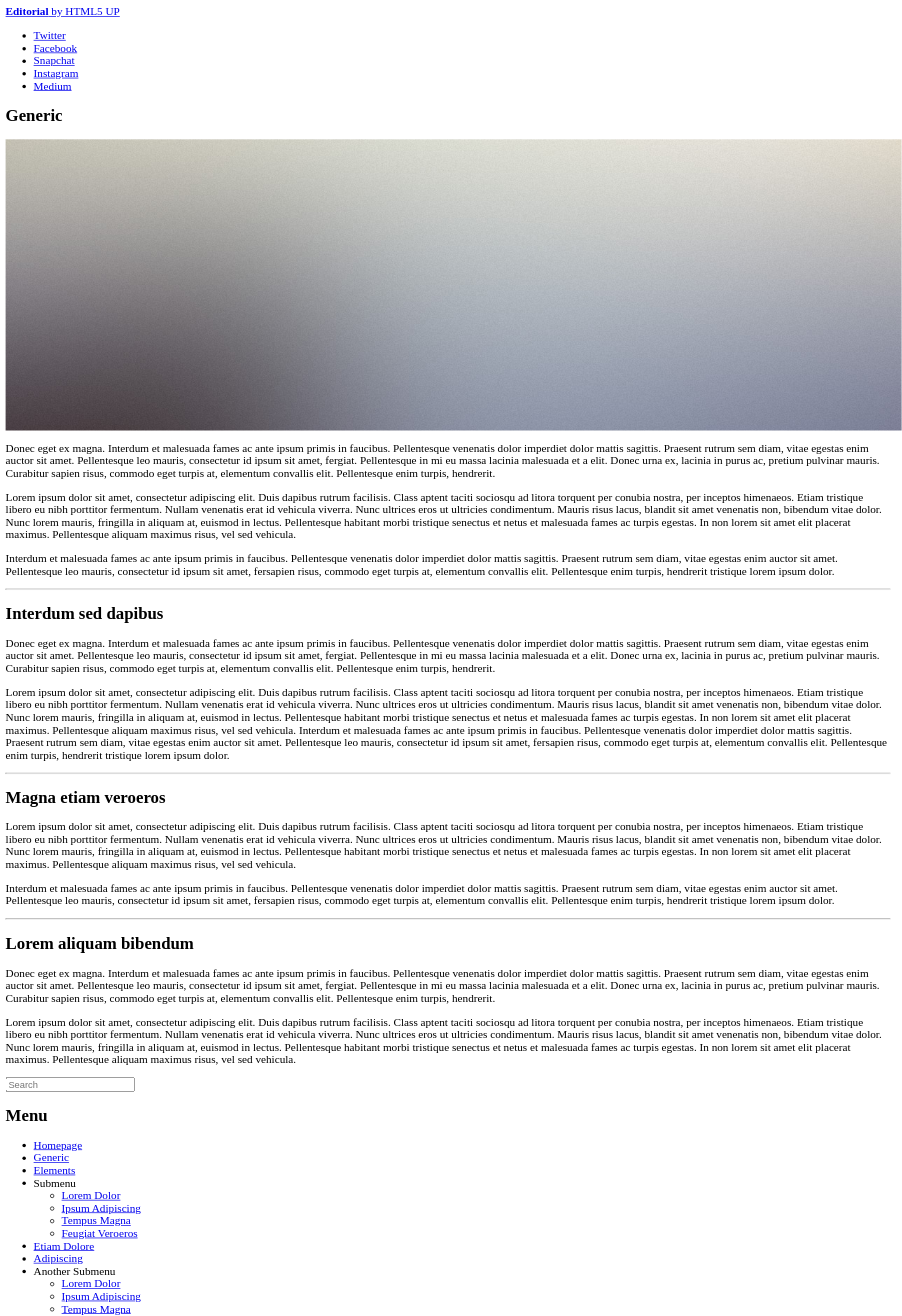
Repository: noCountJun/blog
Page: http://localhost/blogProject2/WEB-INF/views/main/profile.jsp
The author's editor kept a copy of each file at every save. The page is drawn from the files as they stood at one save, then again after the next save.
The browser window is 1280 px wide. The page is 1288 px wide, then 1280 px, so the pictures cover 1288 px, including what lies to the right of the window. The pictures show the part of the page from y = 0 to 1880 px (the page is 2975 px tall before and 1982 px after), at 70% of full size.
The page is served by Tomcat 9. Nobody is signed in. Other server files are loaded and not shown. The template is opened directly, without the code that normally fills it, so the values that code supplies are empty.

Above is the page before, as saved 2019-08-20 04:21:47.

### blogProject2/src/main/webapp/WEB-INF/views/main/profile.jsp
<%@ page contentType="text/html; charset=utf-8" pageEncoding="utf-8"%>
<%@ taglib uri="http://java.sun.com/jsp/jstl/core" prefix="c" %>

<body class="is-preload">

		<!-- Wrapper -->
			<div id="wrapper">

				<!-- Main -->
					<div id="main">
						<div class="inner">

							<!-- Header -->
								<header id="header">
									<a href="index.html" class="logo"><strong>Editorial</strong> by HTML5 UP</a>
									<ul class="icons">
										<li><a href="#" class="icon brands fa-twitter"><span class="label">Twitter</span></a></li>
										<li><a href="#" class="icon brands fa-facebook-f"><span class="label">Facebook</span></a></li>
										<li><a href="#" class="icon brands fa-snapchat-ghost"><span class="label">Snapchat</span></a></li>
										<li><a href="#" class="icon brands fa-instagram"><span class="label">Instagram</span></a></li>
										<li><a href="#" class="icon brands fa-medium-m"><span class="label">Medium</span></a></li>
									</ul>
								</header>

							<!-- Content -->
								<section>
									<header class="main">
										<h1>Generic</h1>
									</header>

									<span class="image main"><img src="/resources/images/pic11.jpg" alt="" /></span>

									<p>Donec eget ex magna. Interdum et malesuada fames ac ante ipsum primis in faucibus. Pellentesque venenatis dolor imperdiet dolor mattis sagittis. Praesent rutrum sem diam, vitae egestas enim auctor sit amet. Pellentesque leo mauris, consectetur id ipsum sit amet, fergiat. Pellentesque in mi eu massa lacinia malesuada et a elit. Donec urna ex, lacinia in purus ac, pretium pulvinar mauris. Curabitur sapien risus, commodo eget turpis at, elementum convallis elit. Pellentesque enim turpis, hendrerit.</p>
									<p>Lorem ipsum dolor sit amet, consectetur adipiscing elit. Duis dapibus rutrum facilisis. Class aptent taciti sociosqu ad litora torquent per conubia nostra, per inceptos himenaeos. Etiam tristique libero eu nibh porttitor fermentum. Nullam venenatis erat id vehicula viverra. Nunc ultrices eros ut ultricies condimentum. Mauris risus lacus, blandit sit amet venenatis non, bibendum vitae dolor. Nunc lorem mauris, fringilla in aliquam at, euismod in lectus. Pellentesque habitant morbi tristique senectus et netus et malesuada fames ac turpis egestas. In non lorem sit amet elit placerat maximus. Pellentesque aliquam maximus risus, vel sed vehicula.</p>
									<p>Interdum et malesuada fames ac ante ipsum primis in faucibus. Pellentesque venenatis dolor imperdiet dolor mattis sagittis. Praesent rutrum sem diam, vitae egestas enim auctor sit amet. Pellentesque leo mauris, consectetur id ipsum sit amet, fersapien risus, commodo eget turpis at, elementum convallis elit. Pellentesque enim turpis, hendrerit tristique lorem ipsum dolor.</p>

									<hr class="major" />

									<h2>Interdum sed dapibus</h2>
									<p>Donec eget ex magna. Interdum et malesuada fames ac ante ipsum primis in faucibus. Pellentesque venenatis dolor imperdiet dolor mattis sagittis. Praesent rutrum sem diam, vitae egestas enim auctor sit amet. Pellentesque leo mauris, consectetur id ipsum sit amet, fergiat. Pellentesque in mi eu massa lacinia malesuada et a elit. Donec urna ex, lacinia in purus ac, pretium pulvinar mauris. Curabitur sapien risus, commodo eget turpis at, elementum convallis elit. Pellentesque enim turpis, hendrerit.</p>
									<p>Lorem ipsum dolor sit amet, consectetur adipiscing elit. Duis dapibus rutrum facilisis. Class aptent taciti sociosqu ad litora torquent per conubia nostra, per inceptos himenaeos. Etiam tristique libero eu nibh porttitor fermentum. Nullam venenatis erat id vehicula viverra. Nunc ultrices eros ut ultricies condimentum. Mauris risus lacus, blandit sit amet venenatis non, bibendum vitae dolor. Nunc lorem mauris, fringilla in aliquam at, euismod in lectus. Pellentesque habitant morbi tristique senectus et netus et malesuada fames ac turpis egestas. In non lorem sit amet elit placerat maximus. Pellentesque aliquam maximus risus, vel sed vehicula. Interdum et malesuada fames ac ante ipsum primis in faucibus. Pellentesque venenatis dolor imperdiet dolor mattis sagittis. Praesent rutrum sem diam, vitae egestas enim auctor sit amet. Pellentesque leo mauris, consectetur id ipsum sit amet, fersapien risus, commodo eget turpis at, elementum convallis elit. Pellentesque enim turpis, hendrerit tristique lorem ipsum dolor.</p>

									<hr class="major" />

									<h2>Magna etiam veroeros</h2>
									<p>Lorem ipsum dolor sit amet, consectetur adipiscing elit. Duis dapibus rutrum facilisis. Class aptent taciti sociosqu ad litora torquent per conubia nostra, per inceptos himenaeos. Etiam tristique libero eu nibh porttitor fermentum. Nullam venenatis erat id vehicula viverra. Nunc ultrices eros ut ultricies condimentum. Mauris risus lacus, blandit sit amet venenatis non, bibendum vitae dolor. Nunc lorem mauris, fringilla in aliquam at, euismod in lectus. Pellentesque habitant morbi tristique senectus et netus et malesuada fames ac turpis egestas. In non lorem sit amet elit placerat maximus. Pellentesque aliquam maximus risus, vel sed vehicula.</p>
									<p>Interdum et malesuada fames ac ante ipsum primis in faucibus. Pellentesque venenatis dolor imperdiet dolor mattis sagittis. Praesent rutrum sem diam, vitae egestas enim auctor sit amet. Pellentesque leo mauris, consectetur id ipsum sit amet, fersapien risus, commodo eget turpis at, elementum convallis elit. Pellentesque enim turpis, hendrerit tristique lorem ipsum dolor.</p>

									<hr class="major" />

									<h2>Lorem aliquam bibendum</h2>
									<p>Donec eget ex magna. Interdum et malesuada fames ac ante ipsum primis in faucibus. Pellentesque venenatis dolor imperdiet dolor mattis sagittis. Praesent rutrum sem diam, vitae egestas enim auctor sit amet. Pellentesque leo mauris, consectetur id ipsum sit amet, fergiat. Pellentesque in mi eu massa lacinia malesuada et a elit. Donec urna ex, lacinia in purus ac, pretium pulvinar mauris. Curabitur sapien risus, commodo eget turpis at, elementum convallis elit. Pellentesque enim turpis, hendrerit.</p>
									<p>Lorem ipsum dolor sit amet, consectetur adipiscing elit. Duis dapibus rutrum facilisis. Class aptent taciti sociosqu ad litora torquent per conubia nostra, per inceptos himenaeos. Etiam tristique libero eu nibh porttitor fermentum. Nullam venenatis erat id vehicula viverra. Nunc ultrices eros ut ultricies condimentum. Mauris risus lacus, blandit sit amet venenatis non, bibendum vitae dolor. Nunc lorem mauris, fringilla in aliquam at, euismod in lectus. Pellentesque habitant morbi tristique senectus et netus et malesuada fames ac turpis egestas. In non lorem sit amet elit placerat maximus. Pellentesque aliquam maximus risus, vel sed vehicula.</p>

								</section>

						</div>
					</div>

				<!-- Sidebar -->
				<div id="sidebar">
					<div class="inner">

						<!-- Search -->
							<section id="search" class="alt">
								<form method="post" action="#">
									<input type="text" name="query" id="query" placeholder="Search" />
								</form>
							</section>

						<!-- Menu -->
							<nav id="menu">
								<header class="major">
									<h2>Menu</h2>
								</header>
								<ul>
									<li><a href="index.html">Homepage</a></li>
									<li><a href="generic.html">Generic</a></li>
									<li><a href="elements.html">Elements</a></li>
									<li>
										<span class="opener">Submenu</span>
										<ul>
											<li><a href="#">Lorem Dolor</a></li>
											<li><a href="#">Ipsum Adipiscing</a></li>
											<li><a href="#">Tempus Magna</a></li>
											<li><a href="#">Feugiat Veroeros</a></li>
										</ul>
									</li>
									<li><a href="#">Etiam Dolore</a></li>
									<li><a href="#">Adipiscing</a></li>
									<li>
										<span class="opener">Another Submenu</span>
										<ul>
											<li><a href="#">Lorem Dolor</a></li>
											<li><a href="#">Ipsum Adipiscing</a></li>
											<li><a href="#">Tempus Magna</a></li>
											<li><a href="#">Feugiat Veroeros</a></li>
										</ul>
									</li>
									<li><a href="#">Maximus Erat</a></li>
									<li><a href="#">Sapien Mauris</a></li>
									<li><a href="#">Amet Lacinia</a></li>
								</ul>
							</nav>

						<!-- Section -->
							<section>
								<header class="major">
									<h2>df</h2>
								</header>
								<div class="mini-posts">
									<article>
										<a href="#" class="image"><img src="/resources/images/pic07.jpg" alt="" /></a>
										<p>Aenean ornare velit lacus, ac varius enim lorem ullamcorper dolore aliquam.</p>
									</article>
									<article>
										<a href="#" class="image"><img src="/resources/images/pic08.jpg" alt="" /></a>
										<p>Aenean ornare velit lacus, ac varius enim lorem ullamcorper dolore aliquam.</p>
									</article>
									<article>
										<a href="#" class="image"><img src="/resources/images/pic09.jpg" alt="" /></a>
										<p>Aenean ornare velit lacus, ac varius enim lorem ullamcorper dolore aliquam.</p>
									</article>
								</div>
								<ul class="actions">
									<li><a href="#" class="button">More</a></li>
								</ul>
							</section>

						<!-- Section -->
							<section>
								<header class="major">
									<h2>Get in touch</h2>
								</header>
								<p>Sed varius enim lorem ullamcorper dolore aliquam aenean ornare velit lacus, ac varius enim lorem ullamcorper dolore. Proin sed aliquam facilisis ante interdum. Sed nulla amet lorem feugiat tempus aliquam.</p>
								<ul class="contact">
									<li class="icon solid fa-envelope"><a href="#">information@untitled.tld</a></li>
									<li class="icon solid fa-phone">(000) 000-0000</li>
									<li class="icon solid fa-home">1234 Somewhere Road #8254<br />
									Nashville, TN 00000-0000</li>
								</ul>
							</section>

							<footer id="footer">
								<p class="copyright">&copy; Untitled. All rights reserved. Demo Images: <a href="https://unsplash.com">Unsplash</a>. Design: <a href="https://html5up.net">HTML5 UP</a>.</p>
							</footer>

						</div>
					</div>
<%-- <jsp:include page="/WEB-INF/views/category/category.jsp" /> --%>

			</div>


			<script src="/resources/assets/js/jquery.min.js"></script>
	<script src="/resources/assets/js/browser.min.js"></script>
	<script src="/resources/assets/js/breakpoints.min.js"></script>
	<script src="/resources/assets/js/util.js"></script>
	<script src="/resources/assets/js/main.js"></script>
	</body>

Loaded but not shown: blogProject2/src/main/webapp/resources/assets/js/jquery.min.js (library); blogProject2/src/main/webapp/resources/assets/js/browser.min.js (common file); blogProject2/src/main/webapp/resources/assets/js/breakpoints.min.js (common file); blogProject2/src/main/webapp/resources/assets/css/fontawesome-all.min.css (library); blogProject2/src/main/webapp/resources/assets/js/util.js (587 lines, source omitted); blogProject2/src/main/webapp/resources/assets/js/main.js (263 lines, source omitted); blogProject2/src/main/webapp/resources/assets/css/main.css (3606 lines, source omitted)

After the next save:
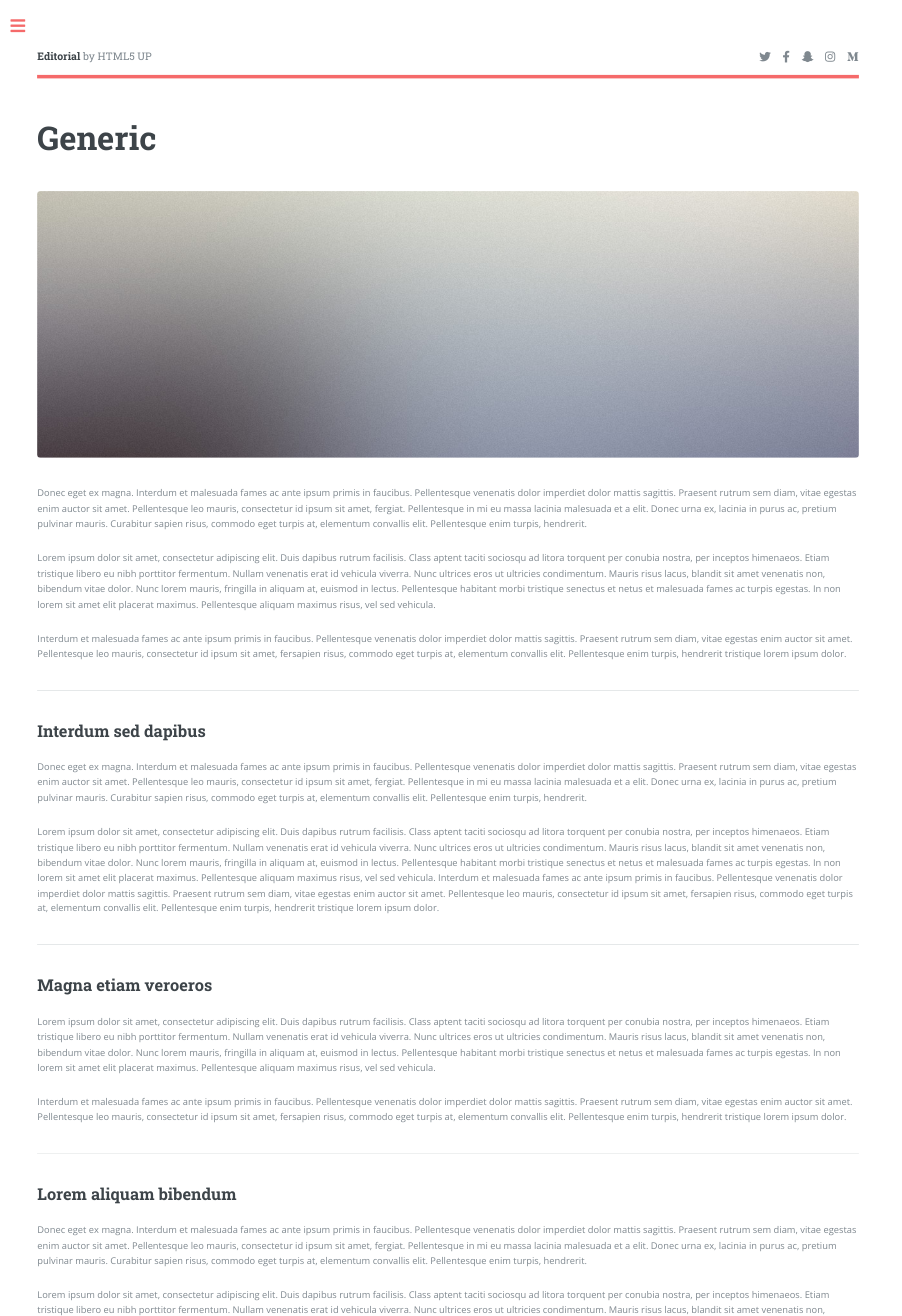
Saved 28 s later.
--- a/blogProject2/src/main/webapp/WEB-INF/views/main/profile.jsp
+++ b/blogProject2/src/main/webapp/WEB-INF/views/main/profile.jsp
@@ -1,5 +1,14 @@
 <%@ page contentType="text/html; charset=utf-8" pageEncoding="utf-8"%>
 <%@ taglib uri="http://java.sun.com/jsp/jstl/core" prefix="c" %>
+
+<html>
+	<head>
+		<title>Editorial by HTML5 UP</title>
+		<meta charset="utf-8" />
+		<meta name="viewport" content="width=device-width, initial-scale=1, user-scalable=no" />
+		<link rel="stylesheet" href="/resources/assets/css/main.css" />
+	</head>
+
 
 <body class="is-preload">
 
@@ -158,3 +167,6 @@
 	<script src="/resources/assets/js/util.js"></script>
 	<script src="/resources/assets/js/main.js"></script>
 	</body>
+
+
+</html>
